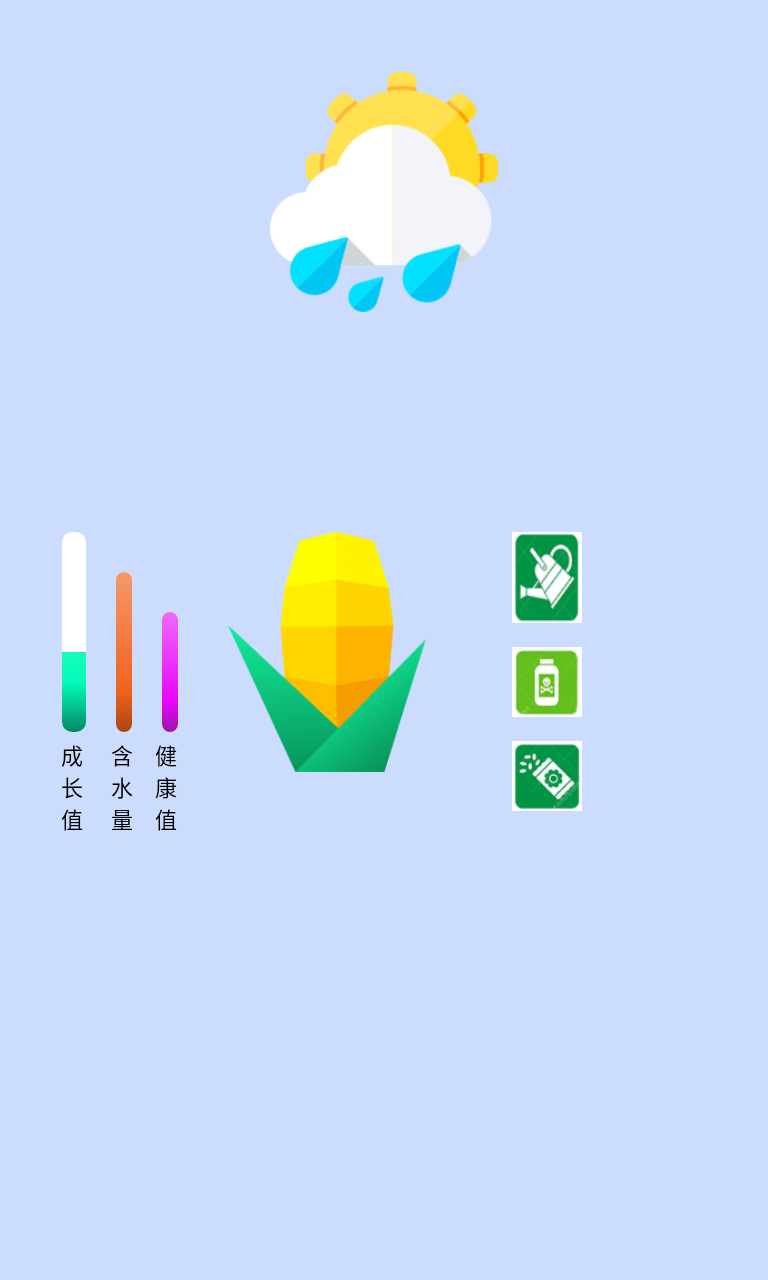
Repository: DraceWang/YumiTianqi
Layout: YumiTianqi/res/layout/fragment_main.xml
An editor plug-in stored every save of this project. The layout is shown before and after the next save, followed by the edit.
It is drawn on a 768 x 1280 px phone screen (xhdpi) without system bars, with theme AppTheme; the app's code is not run. Lists and similar views that code fills are empty.

Above is the layout before, as saved 2015-05-20 01:51:25.

After the next save:
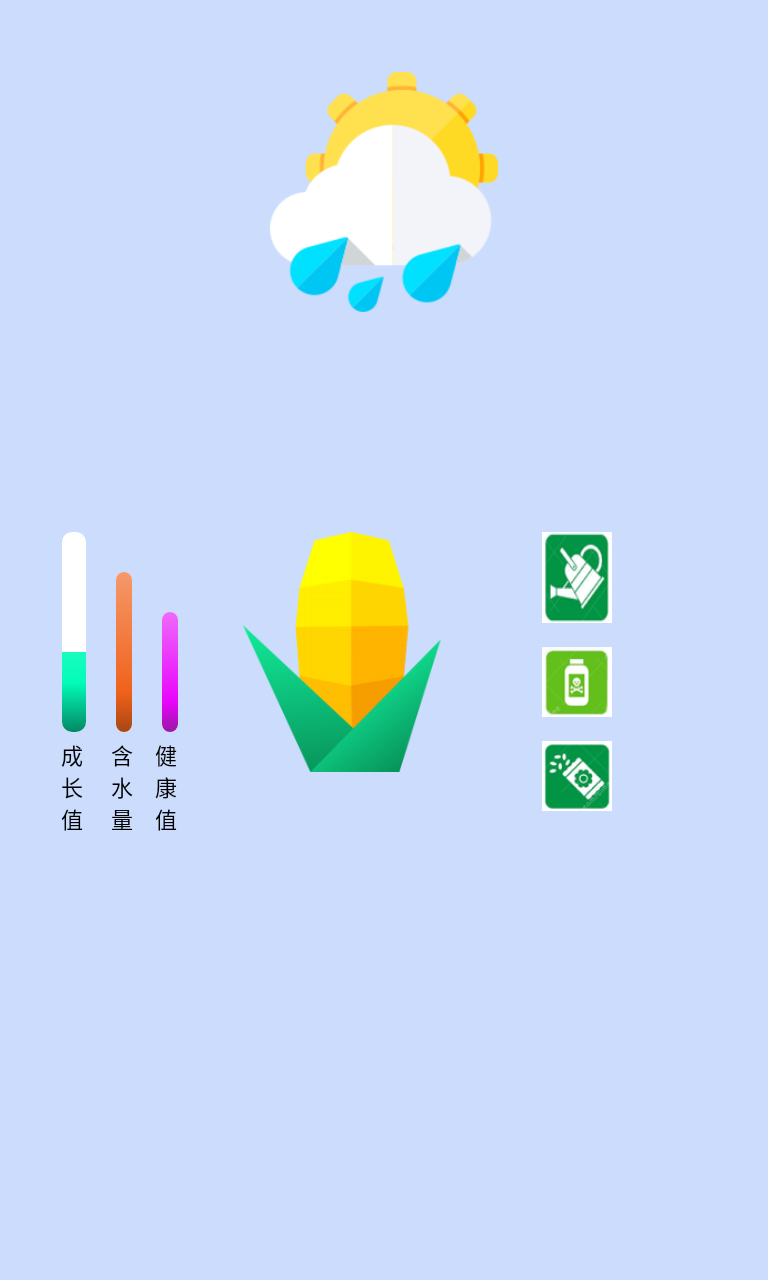
Saved 11 s later.
--- a/YumiTianqi/res/layout/fragment_main.xml
+++ b/YumiTianqi/res/layout/fragment_main.xml
@@ -87,7 +87,7 @@
             android:orientation="horizontal" >
 
             <RelativeLayout
-                android:layout_width="295dp"
+                android:layout_width="310dp"
                 android:layout_height="wrap_content" >
 
                 <ImageView
